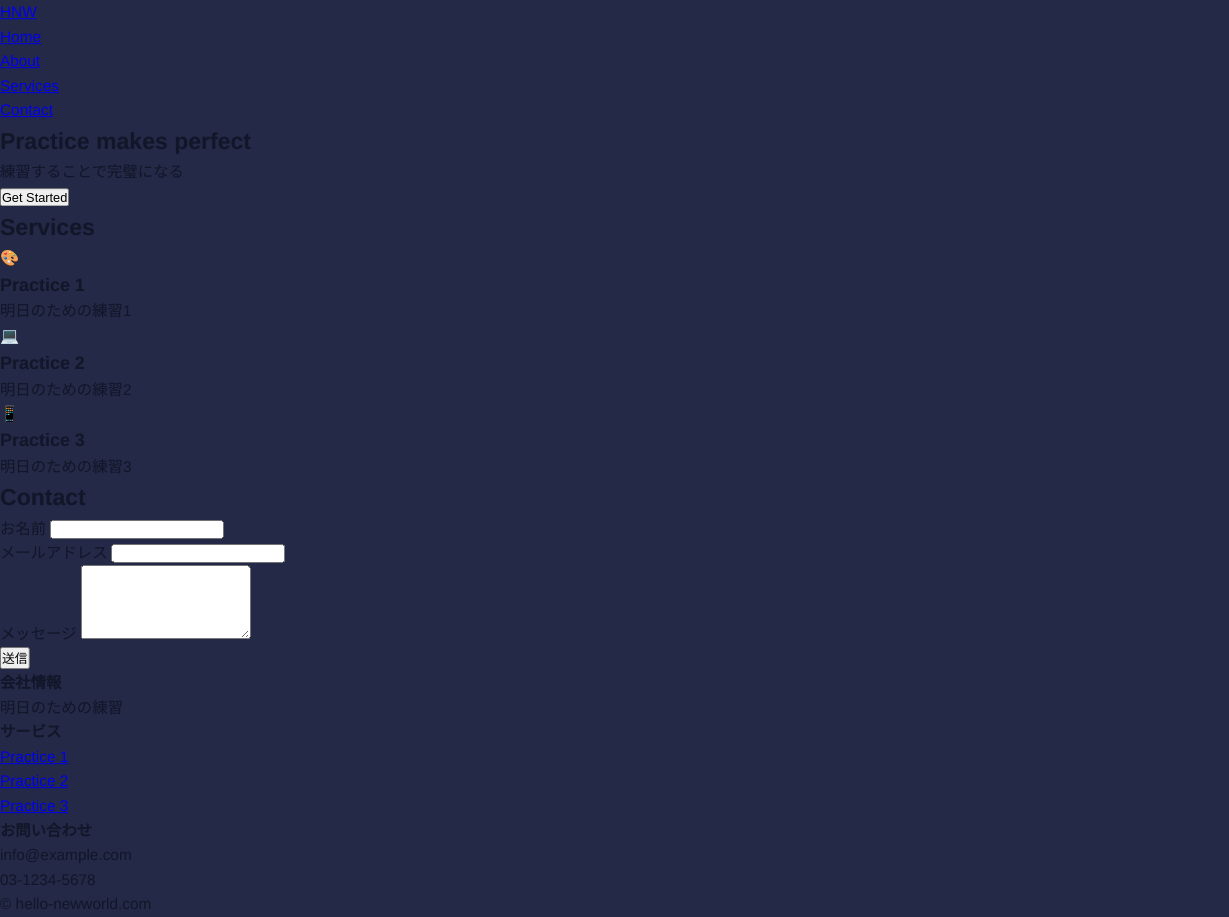
Repository: co6tter/hello-newworld-v3
Page: index.html
These files come from the project's save history. The page is drawn as it stood at one moment and after the next save; the edit follows.
The browser window is 1280 px wide. The pictures show the whole page, at 96% of full size.

Above is the page before, as saved 2025-07-14 19:41:23.

After the next save:
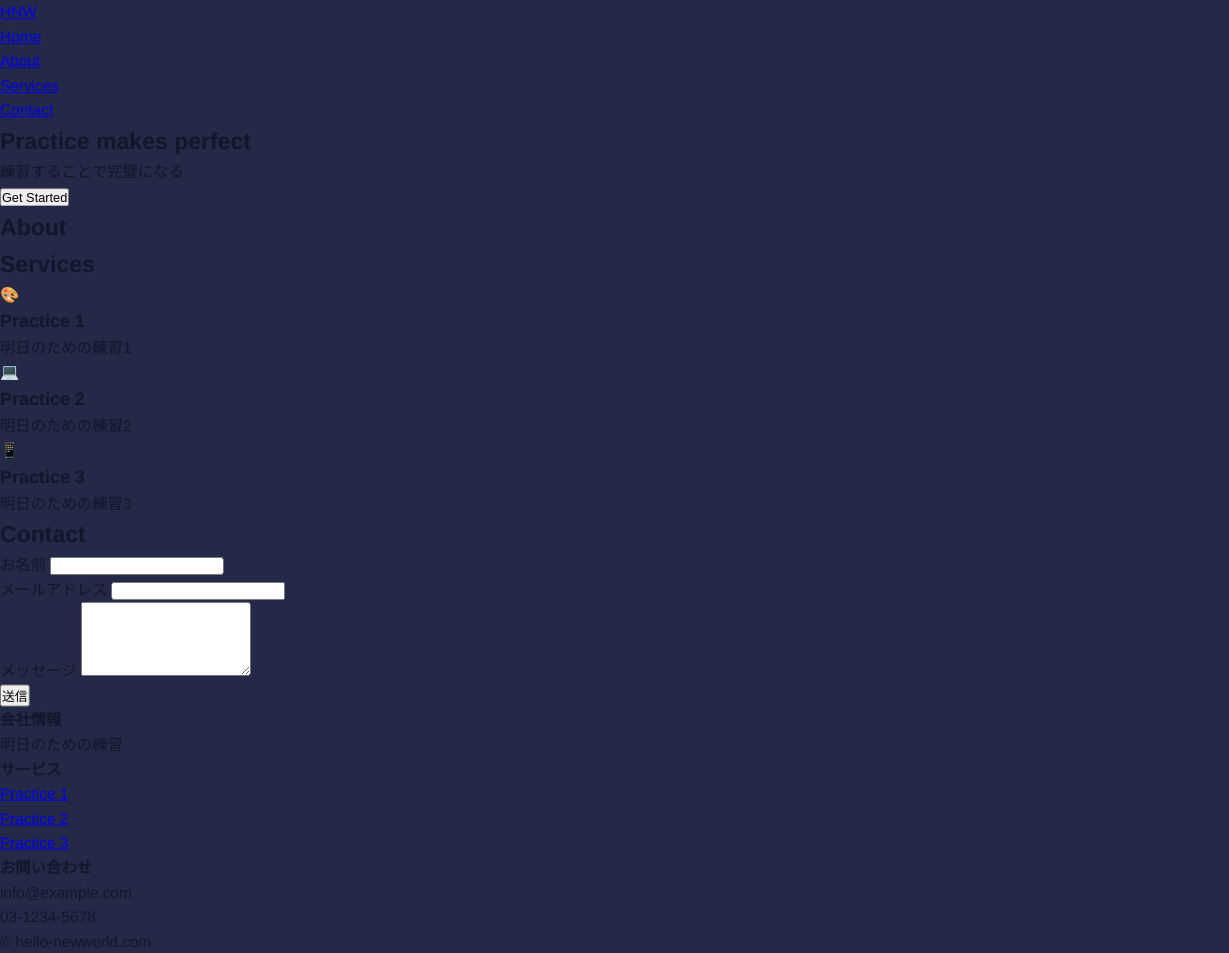
Saved 75 s later.
--- a/index.html
+++ b/index.html
@@ -35,6 +35,12 @@
         <h1 class="hero-title">Practice makes perfect</h1>
         <p class="hero-subtitle">練習することで完璧になる</p>
         <button class="cta-button">Get Started</button>
+      </div>
+    </section>
+
+    <section class="section" id="about">
+      <div class="container">
+        <h2 class="section-title">About</h2>
       </div>
     </section>
 
